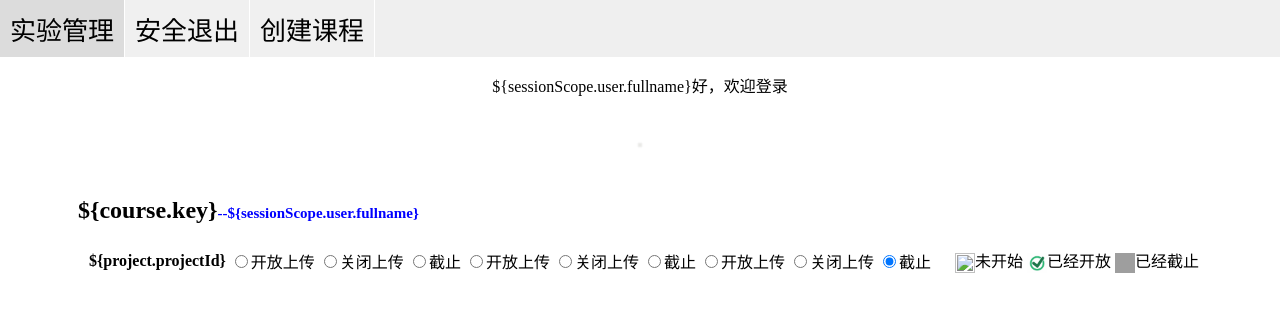
Repository: IAmJiangWenHao/ReportServer
Page: web/demo.html
The author's editor kept a copy of each file at every save. The page is drawn from the files as they stood at one save, then again after the next save.
The browser window is 1280 px wide. The pictures show the whole page.
Pictures or frames that could not be fetched are drawn as grey boxes.

Above is the page before, as saved 2023-06-01 10:26:20.
Console error: ReferenceError: requests is not defined
Not found: img/undone.png

### web/demo.html
<!-- <%@page import="com.report.javabeans.ExpClass"%>
<%@page import="com.report.javabeans.Project"%>
<%@page import="com.report.javabeans.User"%>
<%@page import="java.util.ArrayList"%>
<%@page import="java.io.File"%>
<%@page import="java.util.List"%>
<%@page import="java.net.URLEncoder"%>
<%@page import="java.util.Map"%>
<%@page isELIgnored="false"%>
<%@page contentType= "text/html; charset=UTF-8" pageEncoding="UTF-8"%>

<%@ taglib uri="http://java.sun.com/jsp/jstl/core" prefix="c" %>
<%@ taglib uri="/tlds/reporttag_library" prefix="mytag" %> -->
<!--script type="text/javascript" src="${pageContext.request.contextPath}/script/scriptV1.js?v=1.0"></script-->
<!DOCTYPE html>
<html>
  <!-- <%
    response.setHeader("Pragma", "no-cache");
    response.addHeader("Cache-Control", "must-revalidate");
    response.addHeader("Cache-Control", "no-cache");
    response.addHeader("Cache-Control", "no-store");
    response.setDateHeader("Expires", 0);
  %> -->
  <head>
    <meta http-equiv="Content-Type" content="text/html; charset=UTF-8">
    <title>实验上传系统 </title>

  </head>

  <body style="margin: 0;">
    <style>
      .topbar-item{
        padding: 10px;
        border-right: 1px solid white;
        cursor:hand;
        background-color: rgba(240, 240, 240, 1)
      }
      .topbar-item:hover{
        background-color: gainsboro


      }
      #createCourse{
        box-shadow: 0 0 2px 2px rgba(30, 30, 4, 0.1);
      }
      #createCourse:hover{
        box-shadow: 0 0 2px 2px rgba(30, 30, 4, 0.3);
      }
      #createCourse tbody tr {
      display: flex;
      border-radius: 20px;
      width: auto;
      height: auto;
      padding: 10px;
      font-size: 26px;
      background-color: #fff;
      position: relative;
      justify-content: flex-start
    }
    #createCourse tbody tr td a{
      color: #000;
      text-decoration:none;
    }
    #createCourse tbody tr td a:hover{
      box-shadow: 0 0 10px 5px rgba(30, 30, 4, 0.3);
    }
    #createCourse tbody tr td input{
      border: 0;
      height: 100%;
      background-color: #fff;
    }
    #createCourse tbody tr td input:hover{
      border: 0;
      box-shadow: 0 0 10px 5px rgba(30, 30, 4, 0.3);
    }

    </style>
    <!-- ${mytag:LoadCourseProject(pageContext.request,pageContext.response)} -->
    <script>

      window.onload = function () {//Ajax实现更新项目状态
        var ratios = document.getElementsByTagName("input");//获取所有input（本页面的input只有单选按钮）
        var map = new Map();//记录单选按钮旧值
        for (var i = 0; i < ratios.length; i++) {
          map.set((i + 1).toString(), ratios[i].checked);
          //oninput事件在input的值发生改变时触发，这里监听单选按钮值得改变
          ratios[i].oninput = function () {
            var r = false;
            if (this.value === "deadline") {//是否选择截止
              //是否确认修改
              r = confirm("截止后不可再设置，确定截止？");
            }
            //取消截止
            if (this.value === "deadline" && r === false) {
              var list = document.getElementsByName(this.name);
              for (var j = 0; j < list.length; j++)
                list[j].checked = map.get(list[j].id);
              return;
            }
            ratioName = this.name;
            //确定截止，不允许再更改状态
            if (this.value === "deadline") {
              var list = document.getElementsByName(this.name);
              for (var j = 0; j < list.length; j++)
              {
                list[j].disabled = "disable";
                map.set(list[j].id, list[j].checked);
              }
            } else {
              var list = document.getElementsByName(this.name);
              for (var j = 0; j < list.length; j++)
                map.set(list[j].id, false);
              map.set(this.id, this.checked);
            }
            var formData = new FormData();//FormData 对象
            var course = ratioName.substr(0, ratioName.indexOf("-"));
            var project = ratioName.substr(ratioName.indexOf("-") + 1, ratioName.length - 1);
            //添加KV
            formData.append("project", project);//项目
            formData.append("course", course); //课程名
            formData.append("status", this.value);//状态
            var cell = document.getElementById(this.name);
            //显示实验项目状态提示信息
            cell.innerHTML = "&nbsp;&nbsp;&nbsp;&nbsp;&nbsp;";
            if (this.value === "open")
              cell.innerHTML += "<img style=\"vertical-align: middle;height:20px;width:20px\" src=\"./img/check.jpg\"/>已经开放";
            if (this.value === "close")
              cell.innerHTML += "<img style=\"vertical-align: middle;height:20px;width:20px\" src=\"./img/undone.png\"/>未开始";
            if (this.value === "deadline")
              cell.innerHTML += "<img style=\"vertical-align: middle;height:20px;width:20px\" src=\"./img/deadline.jpg\"/>已截止";
            //1.创建请求对象
            const xhr = new XMLHttpRequest();
            //2.设置请求行，这里用post(get请求数据写在url后面)
            //updateProject.do实现后端更新
            xhr.open("post", getAppPath() + "/updateProject.do");
            //3.设置请求头(get请求可以省略,post不发送数据也可以省略)
            //xhr.setRequestHeader("Content-type","application/x-www-form-urlencoded");
            // 用formData可以不写请求头，写了无法正常上传文件
            //4.请求主体发送(get请求为空，或者写null，post请求数据写在这里，
            //如果没有数据，直接为空或者写null)
            xhr.send(formData);
            //注册回调函数
            xhr.onload = function ()
            {
              if (xhr.readyState === 4)
              {
                if (xhr.status >= 200 && xhr.status <= 300)
                { //判断响应码 2XX 表示成功
                  console.log(xhr.response.toString());
                } else
                  console.log("响应码：" + xhr.status); //状态码
              } else
                console.log(xhr.readyState);
              ;
            };
          };
        }
        ;
      };
    </script>
    <script>
      function getAppPath() {
        //获取当前URL
        var curURL = window.document.location.href;
        //获取主机地址之后的路径部分（就是文件地址）
        var pathName = window.document.location.pathname;
        var pos = curURL.indexOf(pathName);
        //获取应用地址
        var host = curURL.substring(0, pos);
        //获取带"/"的应用名，如：/***
        var webAppName = pathName.substring(0, pathName.substr(1).indexOf('/') + 1);
        return host + webAppName;
      }
    </script>
    <script>
        session = requests.session ()
      var isIE = /msie/i.test(navigator.userAgent) && !window.opera;
      function fileChange(target, type) {
        var fileSize = 0;
        var filepath = target.value;
        var filemaxsize = 1024 * 5;//5M
        var flag = -1;
        if (filepath) {
          var fileend = filepath.substring(filepath.lastIndexOf("."));
          // alert(fileend);
          if (type && type.length > 0) {
            //alert(fileend.indexOf(type));
            if (fileend !== ".xlsx") {
              alert("只接受xlsx类型的文件！");
              target.value = "";
              return false;
            }
          }
        } else {
          return false;
        }
        if (isIE && !target.files) {
          var filePath = target.value;
          var fileSystem = new ActiveXObject("Scripting.FileSystemObject");
          if (!fileSystem.FileExists(filePath)) {
            alert("附件不存在，请重新输入！");
            return false;
          }
          var file = fileSystem.GetFile(filePath);
          fileSize = file.Size;
        } else {
          fileSize = target.files[0].size;
        }

        var size = fileSize / 1024;
        if (size > filemaxsize) {
          alert("附件大小不能大于" + filemaxsize / 1024 + "M！");
          target.value = "";
          return false;
        }
        if (size <= 0) {
          alert("附件大小不能为0M！");
          target.value = "";
          return false;
        }
      }
      function Check()
      {
        for (var i = 0; i < document.form1.elements.length - 1; i++)
        {
          if (document.form1.elements[i].value === "")
          {
            alert("不可空！");
            document.form1.elements[i].focus();
            return false;
          }
        }
        return true;
      }
      function cls() {
        var createCell = document.getElementById("createCourse");
        createCell.innerHTML = "";
      }

      function createCourse() {
        var createCell = document.getElementById("createCourse");
        createCell.innerHTML = "<form action=\"../uploadCourseServlet\" enctype=\"multipart/form-data\" method=\"post\" name=\"form1\" onSubmit=\"return Check()\"><table></tr><tr> <td>建课模板：</td><td><a style=\"text-decoration:none;color:black;\" href=\"实验课模板.xlsx\">下载</a></td></tr><tr><td>课程名：</td><td><input style=\" font-size:16px\" type=\"text\" name=\"courseName\" size=\"20\"/>(例：程序设计实验)</td></tr><tr><td style=\"margin-right: 26px;\">班级：</td><td><input style=\" font-size:16px\" type=\"text\" name=\"className\" size=\"20\"/>(例:信安201)</td></tr><tr> <td>文件：</td><td style=\"width:79px;height:26px\"><input style=\"width:79px; font-size:16px\" type=\"file\" name=\"file\" size=\"40\" id=\"fup\" onchange=\'fileChange(this,\".xlsx\");\'/></td><tr><td style=\"height:50px;\" align=\"right\" ><input style=\"margin-right:10px; font-size:16px\" type=\"submit\" value=\"提交\" size='30'/> </td><td align=\"left\"><input style=\" font-size:16px\" type=\"button\" value=\"关闭\" size='30' onclick=\"cls()\"/> </td></tr></table></form>";
      };
              backremove = function(){
           console.log(hhhhh);
       };
    </script>
    <div >
      <div style="display:flex;font-size: 26px;background-color: buttonface;">
        <div class="topbar-item" color="black"> 实验管理</div>
        <div class="topbar-item"><a style="color: black;text-decoration:none;" href="exit.jsp">安全退出</a></div>
        <div class="topbar-item" onclick="createCourse()">创建课程</div></div>
<div style="display: flex;flex-direction:column;align-items:center">
  <p>${sessionScope.user.fullname}好，欢迎登录</p>
  <p>
  <div id="createCourse">
  </div>
</p>



    <c:forEach var="course" items="${sessionScope.courseData}" varStatus="statusCourse">
      <h2> ${course.key}<font style="font-size:15px;color:blue">--${sessionScope.user.fullname}</font></h2><p>
      <table>
        <c:forEach var="project" items="${course.value}" varStatus="statusProject">
          <tr style=" height: 30px;border: 1px">
            <td>&nbsp;&nbsp;<b>${project.projectId}</b></td>
            <td><!-- 3.一组单选按钮 radio（同name），只能选一个
                     request.getParameter("***")-->
              <c:if test="${project.state==0}">
                <input type="radio" id="${"course".concat(statusCourse.count).concat(statusProject.count).concat(1)}"  name="${course.key.concat("-").concat(project.projectId)}" value="open">开放上传
                <input type="radio" id="${"course".concat(statusCourse.count).concat(statusProject.count).concat(1)}"  name="${course.key.concat("-").concat(project.projectId)}" value="close" checked="true">关闭上传
                <input type="radio" id="${"course".concat(statusCourse.count).concat(statusProject.count).concat(1)}"  name="${course.key.concat("-").concat(project.projectId)}" value="deadline">截止
              </c:if>
              <c:if test="${project.state==1}">
                <input type="radio" id="${"course".concat(statusCourse.count).concat(statusProject.count).concat(1)}"  name="${course.key.concat("-").concat(project.projectId)}" value="open" checked="true">开放上传
                <input type="radio" id="${"course".concat(statusCourse.count).concat(statusProject.count).concat(1)}"  name="${course.key.concat("-").concat(project.projectId)}" value="close" >关闭上传
                <input type="radio" id="${"course".concat(statusCourse.count).concat(statusProject.count).concat(1)}"  name="${course.key.concat("-").concat(project.projectId)}" value="deadline">截止
              </c:if>
              <c:if test="${project.state==2}">
                <input type="radio" id="${"course".concat(statusCourse.count).concat(statusProject.count).concat(1)}"  name="${course.key.concat("-").concat(project.projectId)}" value="open">开放上传
                <input type="radio" id="${"course".concat(statusCourse.count).concat(statusProject.count).concat(1)}"  name="${course.key.concat("-").concat(project.projectId)}" value="close" >关闭上传
                <input type="radio" id="${"course".concat(statusCourse.count).concat(statusProject.count).concat(1)}"  name="${course.key.concat("-").concat(project.projectId)}" value="deadline" checked="true">截止
              </c:if>
            </td>
            <td id="${course.key.concat("-").concat(project.projectId)}">&nbsp;&nbsp;&nbsp;&nbsp;
              <c:if test="${project.state==0}" >
                <img style="vertical-align: middle;height:20px;width:20px" alt="" src="../img/undone.png"/>未开始
              </c:if>
              <c:if test="${project.state==1}" >
                <img style="vertical-align: middle;height:20px;width:20px" alt="" src="../img/check.jpg"/>已经开放
              </c:if>
              <c:if test="${project.state==2}" >
                <img style="vertical-align: middle;height:20px;width:20px" alt="" src="../img/deadline.png"/>已经截止
              </c:if>
            </td>
          </tr>
        </c:forEach>
      </table>
    </c:forEach>
  </div>
  </div>
</body>
</html>

After the next save:
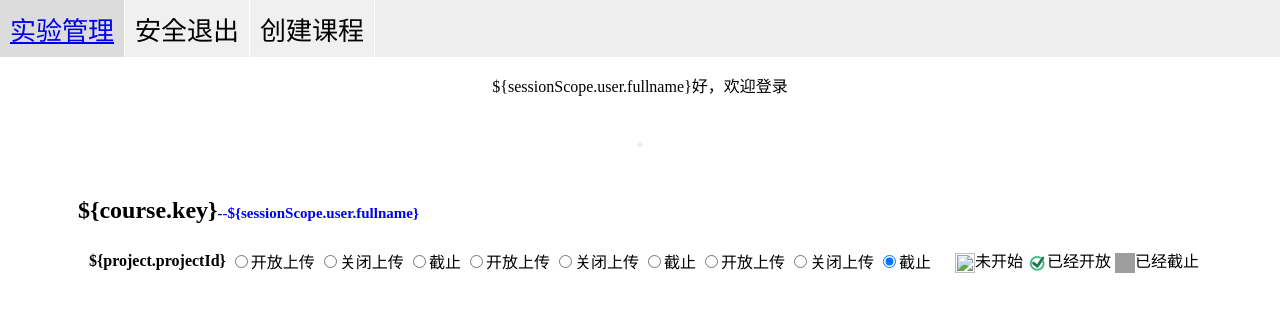
Saved 81 s later.
--- a/web/demo.html
+++ b/web/demo.html
@@ -247,7 +247,7 @@
     </script>
     <div >
       <div style="display:flex;font-size: 26px;background-color: buttonface;">
-        <div class="topbar-item" color="black"> 实验管理</div>
+        <a href="#" class="topbar-item" color="black"> 实验管理</a>
         <div class="topbar-item"><a style="color: black;text-decoration:none;" href="exit.jsp">安全退出</a></div>
         <div class="topbar-item" onclick="createCourse()">创建课程</div></div>
 <div style="display: flex;flex-direction:column;align-items:center">

After the save that followed:
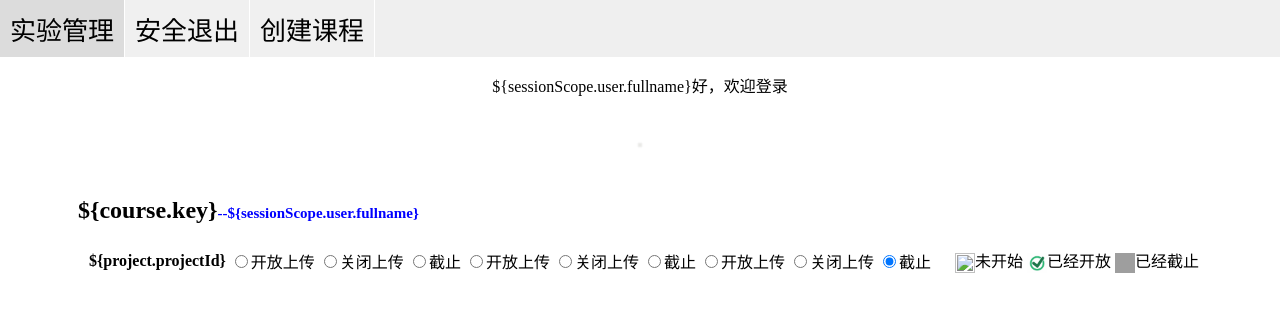
Saved 20 s later.
--- a/web/demo.html
+++ b/web/demo.html
@@ -247,7 +247,7 @@
     </script>
     <div >
       <div style="display:flex;font-size: 26px;background-color: buttonface;">
-        <a href="#" class="topbar-item" color="black"> 实验管理</a>
+        <a href="#" class="topbar-item" style="color: black;text-decoration:none;"> 实验管理</a>
         <div class="topbar-item"><a style="color: black;text-decoration:none;" href="exit.jsp">安全退出</a></div>
         <div class="topbar-item" onclick="createCourse()">创建课程</div></div>
 <div style="display: flex;flex-direction:column;align-items:center">
